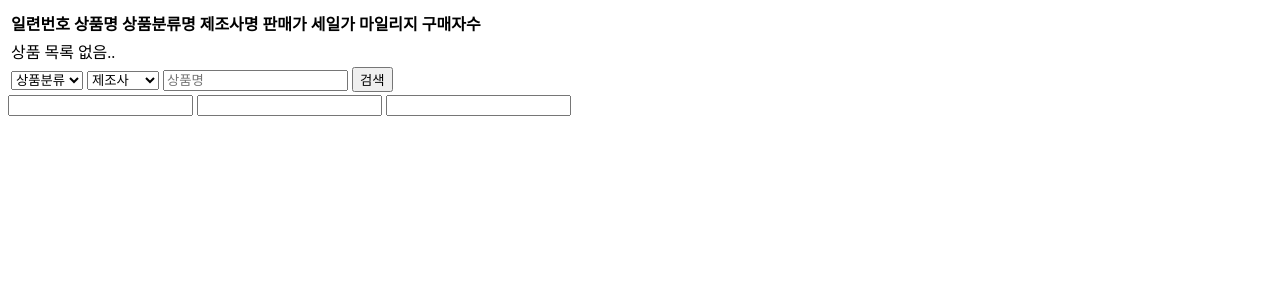
Repository: hoseolkim/restart
Page: http://localhost/WebStudy03_Mybatis/WEB-INF/views/prod/prodList.jsp
An editor plug-in stored every save of this project. The page is shown before and after the next save, followed by the edit.
The browser window is 1280 px wide. The pictures show the whole page.
The page is served by Tomcat 9. Nobody is signed in. The template is opened directly, without the code that normally fills it, so the values that code supplies are empty.

Above is the page before, as saved 2023-10-05 02:18:43.
Console error: ReferenceError: $ is not defined

After the next save:
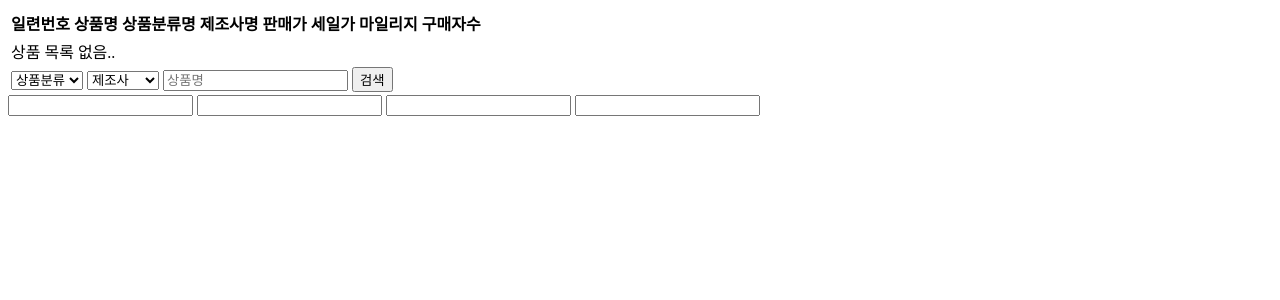
Saved 72 s later.
--- a/WebStudy03_Mybatis/src/main/webapp/WEB-INF/views/prod/prodList.jsp
+++ b/WebStudy03_Mybatis/src/main/webapp/WEB-INF/views/prod/prodList.jsp
@@ -62,8 +62,9 @@
 	</tfoot>
 </table>
 <form id="searchForm">
-	<input type="text" name="searchType" />
-	<input type="text" name="searchWord" />
+	<input type="text" name="prodLgu" />
+	<input type="text" name="prodBuyer" />
+	<input type="text" name="prodName" />
 	<input type="text" name="page" />
 </form>
 <script>
